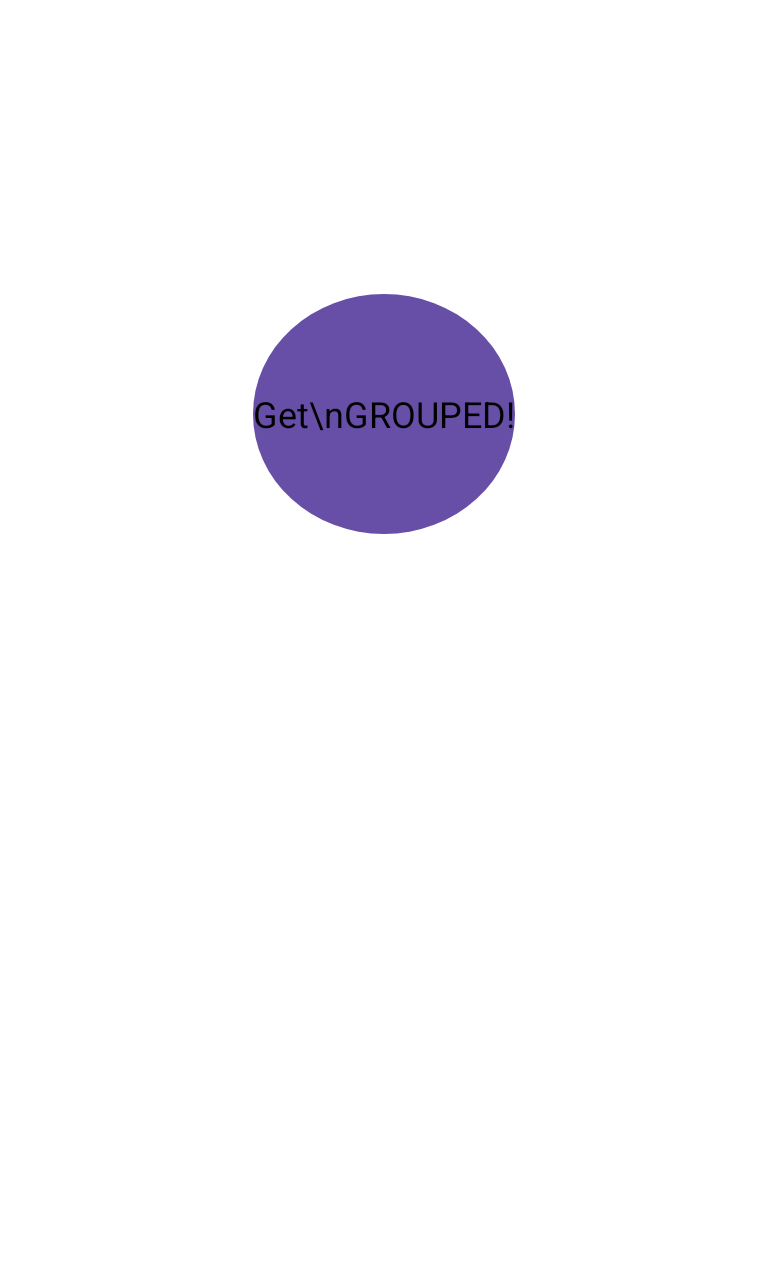
Repository: cs4471/grouped-client
Layout: Grouped/res/layout/activity_main.xml
An editor plug-in stored every save of this project. The layout is shown before and after the next save, followed by the edit.
It is drawn on a 768 x 1280 px phone screen (xhdpi) without system bars, with theme AppTheme; the app's code is not run.

Above is the layout before, as saved 2013-09-27 06:39:47.

### Grouped/res/layout/activity_main.xml
<RelativeLayout xmlns:android="http://schemas.android.com/apk/res/android"
    xmlns:tools="http://schemas.android.com/tools"
    android:layout_width="match_parent"
    android:layout_height="match_parent"
    android:paddingBottom="@dimen/activity_vertical_margin"
    android:paddingLeft="@dimen/activity_horizontal_margin"
    android:paddingRight="@dimen/activity_horizontal_margin"
    android:paddingTop="@dimen/activity_vertical_margin"
    tools:context=".MainActivity" >

    <Button
        android:id="@+id/button1"
        android:layout_width="wrap_content"
        android:layout_height="wrap_content"
        android:layout_alignParentTop="true"
        android:layout_centerHorizontal="true"
        android:layout_marginTop="131dp"
        android:background="@drawable/GetGroupedButton"
        android:onClick="openEditGroupPage"
        android:text="Get\nGROUPED!" />

</RelativeLayout>

### Grouped/res/drawable/GetGroupedButton.xml
<?xml version="1.0" encoding="utf-8"?>
<shape
    xmlns:android="http://schemas.android.com/apk/res/android"
    android:shape="oval">

   <solid
       android:color="#674ea7"/>

   <size
       android:width="120dp"
        android:height="120dp"/>
</shape>

Loaded but not shown: Grouped/res/values/styles.xml (common file); Grouped/res/values-v14/styles.xml (common file); Grouped/res/values/dimens.xml (common file)

After the next save:
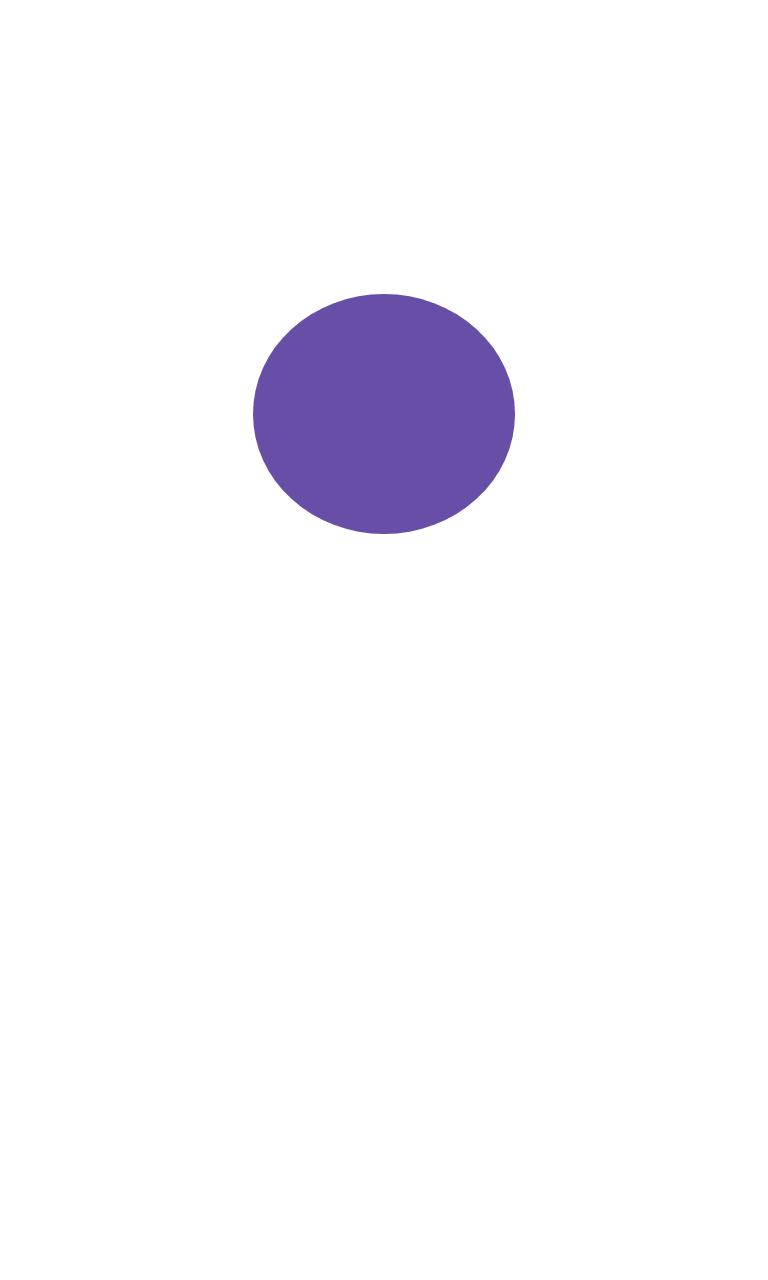
Saved 98 s later.
--- a/Grouped/res/layout/activity_main.xml
+++ b/Grouped/res/layout/activity_main.xml
@@ -17,6 +17,7 @@
         android:layout_marginTop="131dp"
         android:background="@drawable/GetGroupedButton"
         android:onClick="openEditGroupPage"
-        android:text="Get\nGROUPED!" />
+        android:text="Get\nGROUPED!"
+    	android:textColor="#d9d9d"/>
 
 </RelativeLayout>
